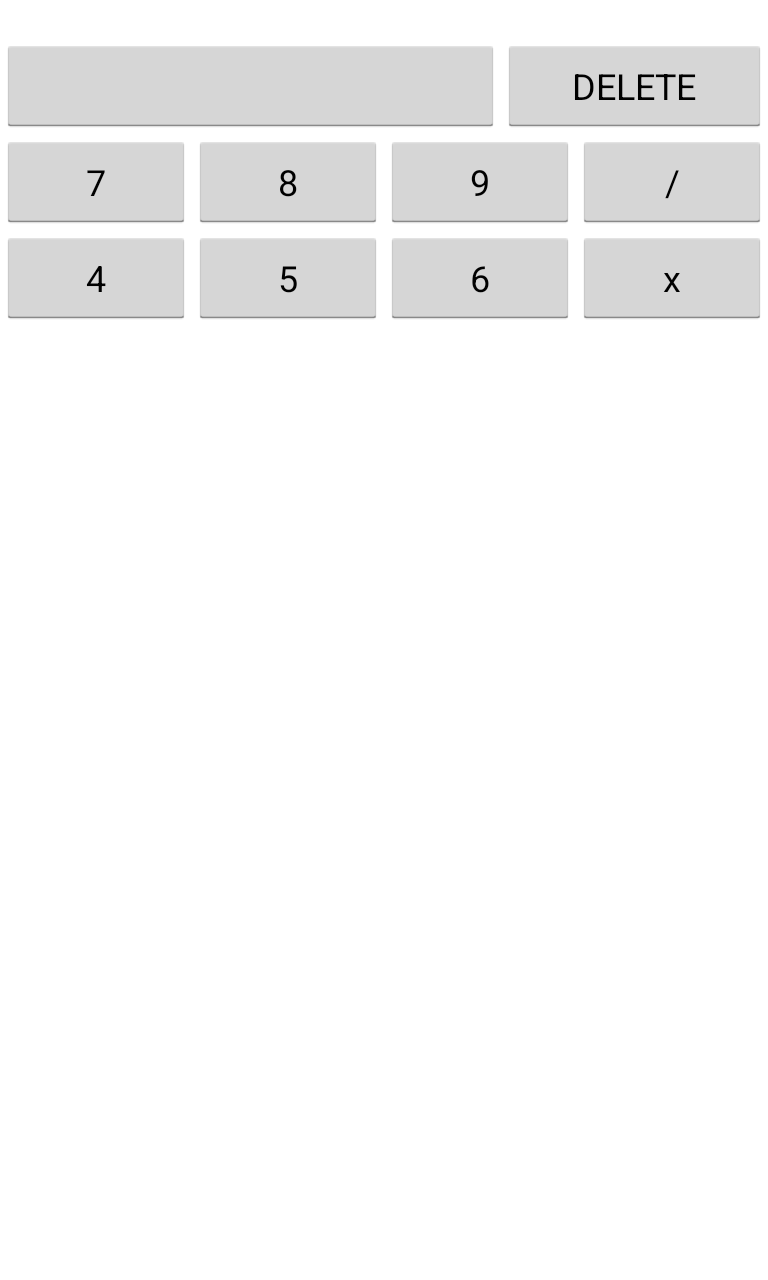
Repository: iracom/ejercicios-android
Layout: Calculadora/res/layout/activity_main.xml
These files come from the project's save history. The layout is drawn as it stood at one moment and after the next save; the edit follows.
It is drawn on a 768 x 1280 px phone screen (xhdpi) without system bars, with theme AppTheme; the app's code is not run.

Above is the layout before, as saved 2014-05-07 10:00:37.

### Calculadora/res/layout/activity_main.xml
<LinearLayout xmlns:android="http://schemas.android.com/apk/res/android"
    xmlns:tools="http://schemas.android.com/tools"
    android:id="@+id/container"
    android:layout_width="match_parent"
    android:layout_height="match_parent"
    android:orientation="vertical">

    <TextView
        android:id="@+id/textView1"
        android:layout_width="match_parent"
        android:layout_height="wrap_content"
        android:text="" />

    <LinearLayout
        android:layout_width="match_parent"
        android:layout_height="wrap_content"
        android:orientation="horizontal" >

        <Button
            android:id="@+id/button2"
            android:layout_width="wrap_content"
            android:layout_height="wrap_content"
            android:layout_weight="4"
            android:text=""
            android:clickable="false"/>

        <Button
            android:id="@+id/btn_delete"
            android:layout_width="wrap_content"
            android:layout_height="wrap_content"
            android:layout_weight="1"
            android:text="@string/borrar" />

    </LinearLayout>

    <LinearLayout
        android:layout_width="match_parent"
        android:layout_height="wrap_content"
        android:orientation="horizontal" >

        <Button
            android:id="@+id/btn_7"
            android:layout_width="wrap_content"
            android:layout_height="wrap_content"
            android:layout_weight="1"
            android:text="@string/siete" />

        <Button
            android:id="@+id/btn_8"
            android:layout_width="wrap_content"
            android:layout_height="wrap_content"
            android:layout_weight="1"
            android:text="@string/ocho" />

        <Button
            android:id="@+id/btn_9"
            android:layout_width="wrap_content"
            android:layout_height="wrap_content"
            android:layout_weight="1"
            android:text="@string/nueve" />

        <Button
            android:id="@+id/btn_div"
            android:layout_width="wrap_content"
            android:layout_height="wrap_content"
            android:layout_weight="1"
            android:text="@string/div" />

    </LinearLayout>

    <LinearLayout
        android:layout_width="match_parent"
        android:layout_height="wrap_content"
        android:orientation="horizontal" >

        <Button
            android:id="@+id/btn_4"
            android:layout_width="wrap_content"
            android:layout_height="wrap_content"
            android:layout_weight="1"
            android:text="@string/cuatro" />

        <Button
            android:id="@+id/btn_5"
            android:layout_width="wrap_content"
            android:layout_height="wrap_content"
            android:layout_weight="1"
            android:text="@string/cinco" />

        <Button
            android:id="@+id/btn_6"
            android:layout_width="wrap_content"
            android:layout_height="wrap_content"
            android:layout_weight="1"
            android:text="@string/seis" />

        <Button
            android:id="@+id/btn_mul"
            android:layout_width="wrap_content"
            android:layout_height="wrap_content"
            android:layout_weight="1"
            android:text="@string/mul" />

    </LinearLayout>

</LinearLayout>

### Calculadora/res/values/strings.xml
<?xml version="1.0" encoding="utf-8"?>
<resources>

    <string name="app_name">Calculadora</string>
    <string name="hello_world">Hello world!</string>
    <string name="action_settings">Settings</string>
    <string name="borrar">DELETE</string>
    <string name="uno">1</string>
    <string name="dos">2</string>
    <string name="tres">3</string>
    <string name="cuatro">4</string>
    <string name="cinco">5</string>
    <string name="seis">6</string>
    <string name="siete">7</string>
    <string name="ocho">8</string>
    <string name="nueve">9</string>
    <string name="cero">0</string>
    <string name="sum">+</string>
    <string name="res">-</string>
    <string name="mul">x</string>
    <string name="div">/</string>
    <string name="igual">=</string>
    <string name="punto">.</string>

</resources>

Loaded but not shown: Calculadora/res/values/styles.xml (common file); Calculadora/res/values-v11/styles.xml (common file); Calculadora/res/values-v14/styles.xml (common file)

After the next save:
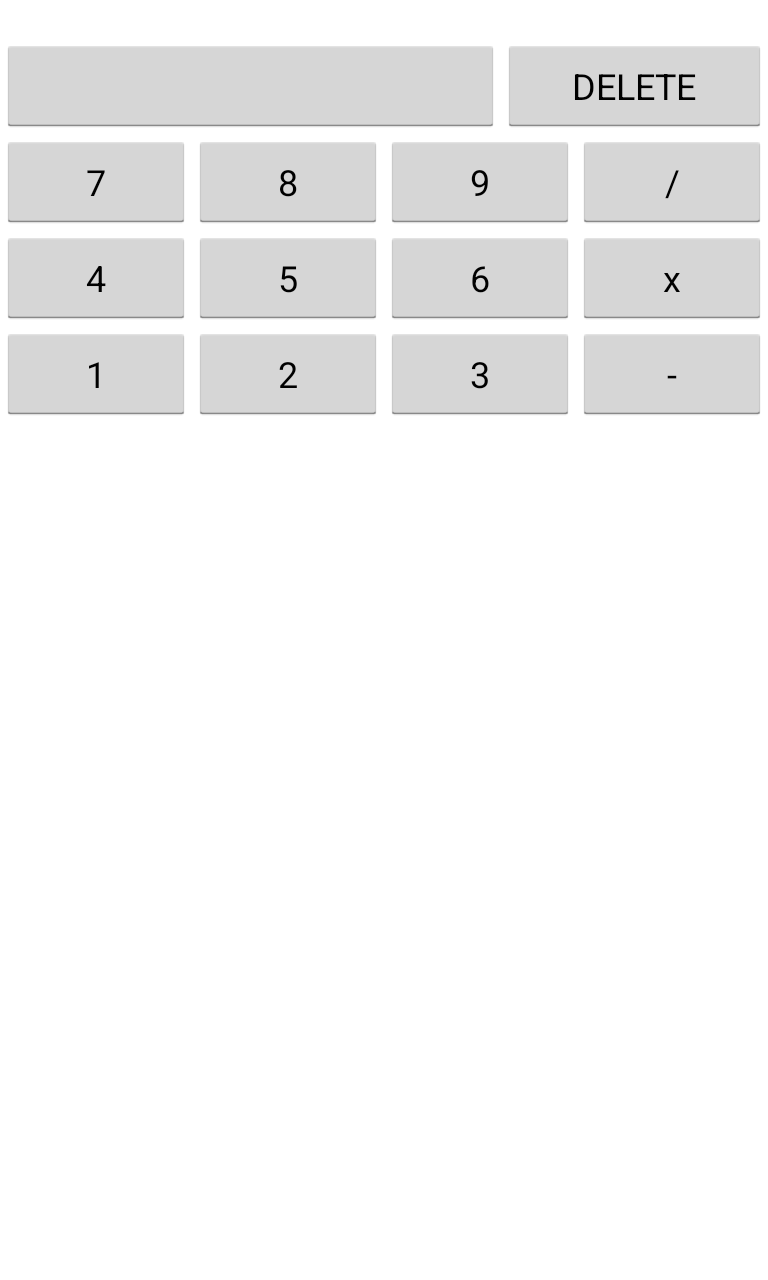
Saved 114 s later.
--- a/Calculadora/res/layout/activity_main.xml
+++ b/Calculadora/res/layout/activity_main.xml
@@ -103,4 +103,39 @@
 
     </LinearLayout>
 
+    <LinearLayout
+        android:layout_width="match_parent"
+        android:layout_height="wrap_content"
+        android:orientation="horizontal" >
+
+        <Button
+            android:id="@+id/btn_1"
+            android:layout_width="wrap_content"
+            android:layout_height="wrap_content"
+            android:layout_weight="1"
+            android:text="@string/uno" />
+
+        <Button
+            android:id="@+id/btn_2"
+            android:layout_width="wrap_content"
+            android:layout_height="wrap_content"
+            android:layout_weight="1"
+            android:text="@string/dos" />
+
+        <Button
+            android:id="@+id/btn_3"
+            android:layout_width="wrap_content"
+            android:layout_height="wrap_content"
+            android:layout_weight="1"
+            android:text="@string/tres" />
+
+        <Button
+            android:id="@+id/btn_res"
+            android:layout_width="wrap_content"
+            android:layout_height="wrap_content"
+            android:layout_weight="1"
+            android:text="@string/res" />
+
+    </LinearLayout>
+
 </LinearLayout>
